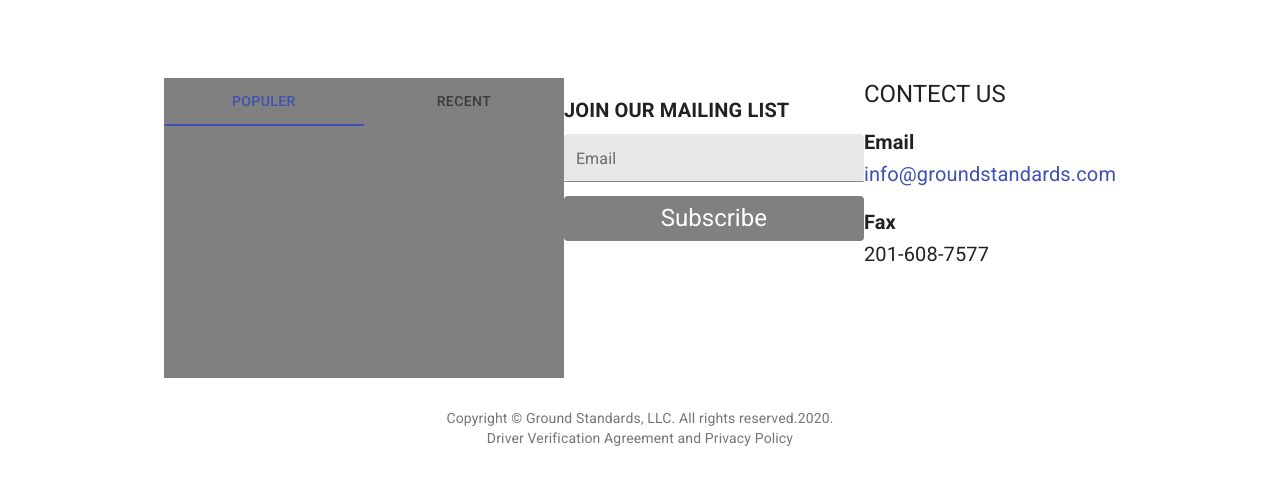
Repository: vinuvish/groundstandards_react
Page: /
The author's editor kept a copy of each file at every save. The page is drawn from the files as they stood at one save, then again after the next save.
The browser window is 1280 px wide. The pictures show the part of the page from y = 3920 to 4416 px (the page is 4416 px tall).
The page's requests for data from a server got no answer. The project was rebuilt for these pictures with package versions that can differ from the ones it lists, and the page was loaded fresh each time. No one was signed in, and anything a server would have sent is missing. Also part of the build but not shown: src/pages/app/NotFoundPage.tsx, src/pages/app/SignUpPage.tsx, src/pages/app/AboutPage.tsx, src/pages/app/OurSolutionPage.tsx, src/pages/app/OurPartnerPage.tsx, src/pages/app/ResourcePage.tsx, src/pages/app/PressPage.tsx, src/pages/app/BlockPage.tsx and 1 more. Imported but missing from the stored project, and not drawn on this page: src/assets/video/video-2.mp4.

Above is the page before, as saved 2020-11-28 12:44:43.

After the next save:
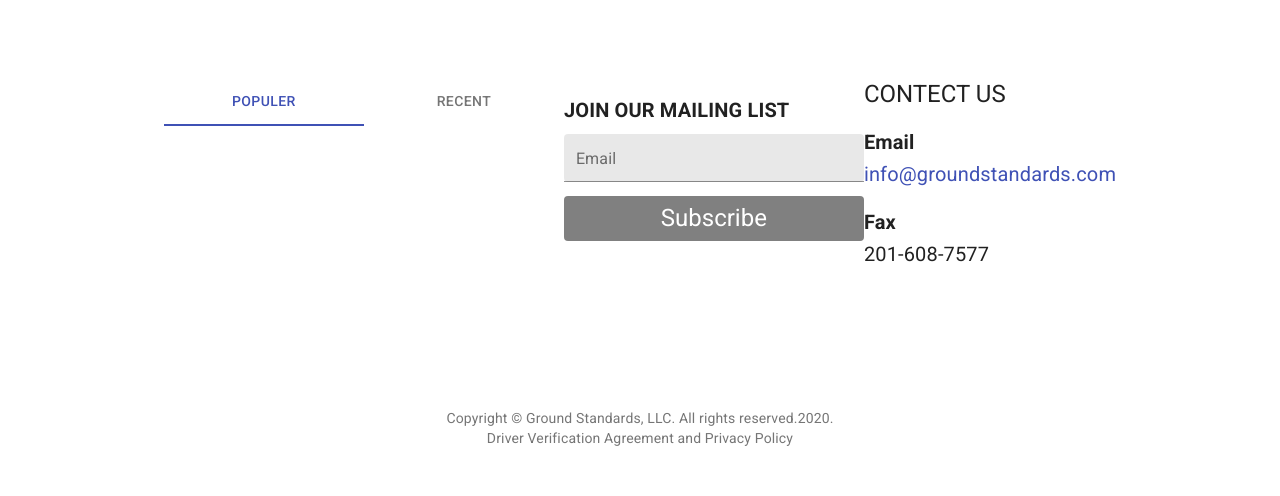
Saved 9 s later.
--- a/src/components/Zfooter.tsx
+++ b/src/components/Zfooter.tsx
@@ -137,8 +137,7 @@ const useStyles = makeStyles((theme) => ({
         width: '100vW'
     },
     tab: {
-        backgroundColor: 'grey',
-        color: 'grey',
+
         width: 400,
         height: 300,
 
